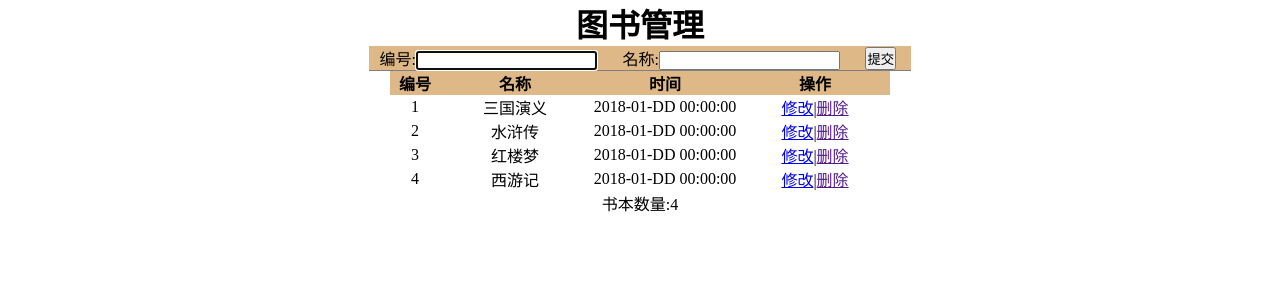
Repository: chenguocan/Vue_axios
Page: mybook/图书管理.html
An editor plug-in stored every save of this project. The page is shown before and after the next save, followed by the edit.
The browser window is 1280 px wide. The pictures show the whole page.
The page's requests for data from a server got no answer.

Above is the page before, as saved 2020-07-25 14:57:12.

After the next save:
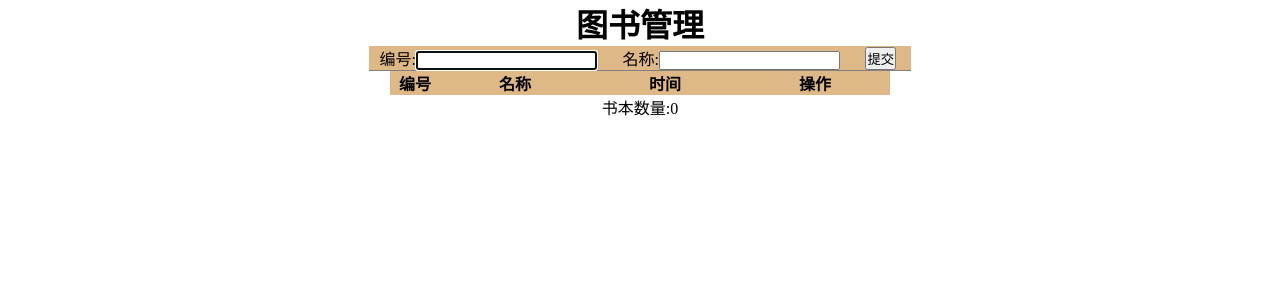
Saved 6 min 3 s later.
--- a/mybook/图书管理.html
+++ b/mybook/图书管理.html
@@ -69,7 +69,9 @@
     </div>
   </body>
   <script src="./public/js/vue.js"></script>
+  <script src="./public/js/axios.js"></script>
   <script>
+    axios.defaults.baseURL = "http://localhost:3000";
     Vue.directive("focus", {
       inserted: function (el) {
         el.focus();
@@ -195,28 +197,9 @@
       mounted: function () {
         //该声明周期钩子函数被触发的时候,模板已经可以使用了
         //一般此时用于获取后台数据,然后把数据填充到模板
-        var data = [
-          {
-            id: 1,
-            bookname: "三国演义",
-            date: "2018-01-01",
-          },
-          {
-            id: 2,
-            bookname: "水浒传",
-            date: "2018-01-01",
-          },
-          {
-            id: 3,
-            bookname: "红楼梦",
-            date: "2018-01-01",
-          },
-          {
-            id: 4,
-            bookname: "西游记",
-            date: "2018-01-01",
-          },
-        ];
+        axios.get("/books").then((data) => {
+          console.log(data);
+        });
         this.book = data;
       },
     });
